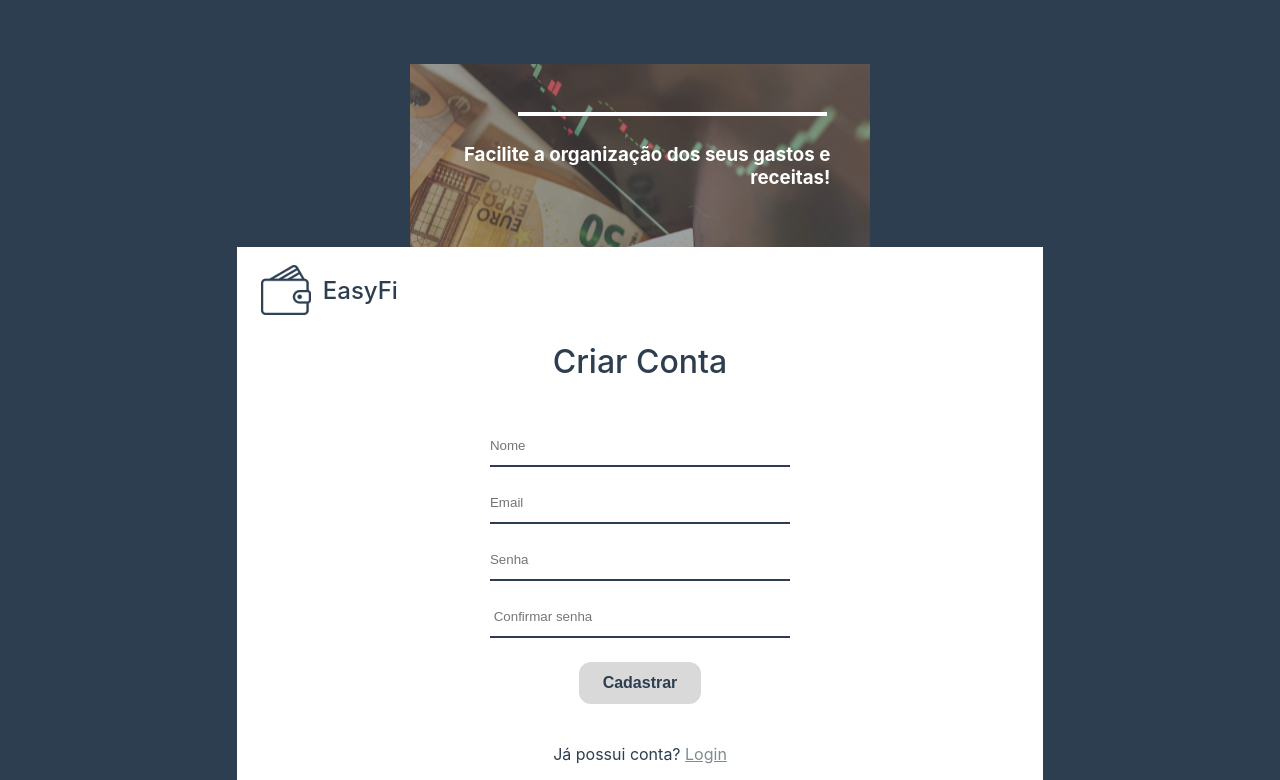
Repository: Ingridiag/projeto-engenharia
Page: cadastro.html
The author's editor kept a copy of each file at every save. The page is drawn from the files as they stood at one save, then again after a run of saves.
The browser window is 1280 px wide. The pictures show the whole page.

Above is the page before, as saved 2024-10-28 18:01:42.

### cadastro.html
<!DOCTYPE html>
<html lang="pt">
<head>
    <meta charset="UTF-8">
    <meta name="viewport" content="width=device-width, initial-scale=1.0">
    <link rel="stylesheet" href="style.css">
    <title>Document</title>
</head>
<body>
    <div class="container">
        <div class="cadastro">
            <!-- Tela Cadastro -->
            <div class="decor">
                <div class="mensagem">
                    <hr>
                    <h3>
                        Facilite a organização dos seus gastos e receitas!
                    </h3>
                </div>

            </div>

            <div class="primeira-coluna">
                <div class="logo">
                    <img src="imagens/logo-azul 1.svg" alt="logo">
                    <h1>EasyFi</h1>
                </div>
                <div class="formulario">
                    <h1 class="title">Criar Conta</h1>
                    <form >
                        <input type="text" placeholder="Nome">
                        <input type="email" placeholder="Email">
                        <input type="password" placeholder="Senha">
                        <input type="password" placeholder=" Confirmar senha">
                    </form>

                    <div class="btn-default">
                        <button>
                            Cadastrar
                        </button>
                    </div>
                    <div class="uses">
                        <p>Já possui conta?
                            <span>
                                <a href="#" class="link">Login</a>
                            </span>
                        </p>
                    </div>
                </div>
            </div>
        </div>
    </div>
</body>
</html>

### style.css
body {
    margin: 0;
    padding: 0;
    box-sizing: border-box;
    background: #2C3E50;
    font-family: "Inter", sans-serif;
}

.container {
    display: flex;
    justify-content: center;
    align-items: center;
    margin: 0 auto;
    padding: 5%;
}

.login, .cadastro {
    width: 100%;
    height: 80vh;

    display: flex;
    align-items: center;
    justify-content: space-between;
}

.primeira-coluna {
    width: 70%;
    height: 100%;
    display: flex;
    flex-direction: column;
    justify-content: center;
    background: #fff;
}

.logo {
    display: flex;
    gap: 12px;
    align-items: center;
    padding: 12px 24px 0;
    color: #2C3E50;

    h1 {
        font-size: 24px;
        font-weight: 500;
    }

    img {
        width: 50px;

    }

}

.formulario {
    display: flex;
    flex-direction: column;
    align-items: center;
    gap: 24px;
    color: #2C3E50;

    h1 {
        font-weight: 500;
    }
}

.formulario form {
    display: flex;
    flex-direction: column;
    gap: 16px;
}

.formulario form input {
    width: 300px;
    padding: 12px 0px;
    background: none;
    border: none;
    border-bottom: 2px solid #2C3E50;
    outline: none;
    color: #2C3E50;

}

.formulario a {
    color: #7F8C8D;
}

.btn-default button {
    background: #D9D9D9;
    border: none;
    border-radius: 12px;
    padding: 12px 24px;
    font-size: 16px;
    transition: 0.2s ease;
    cursor: pointer;
    color: #2C3E50;
    font-weight: 600;
}

.btn-default button:hover {
    background: #F4EEEE;
    color: #577695;
    transform: scale(1.1);
}

.decor {
    width: 40%;
    height: 80vh;
    background: linear-gradient(rgba(94, 94, 94, 0.5), rgba(94, 94, 94, 0.5)),
        url(imagens/imagem_background.svg);
    background-position: 50% 50%;
    background-size: cover;
    text-align: end;
    align-content: flex-end;
    color: #fff;

    .mensagem {
        padding: 40px;
        display: flex;
        flex-direction: column;
    }
}

.mensagem hr {
    width: 80%;
    border: 2px solid;
    margin-right: 1%;
}

.cadastro {
    display: flex;
    flex-direction: column;
    position: relative;
}

After the next 2 saves:
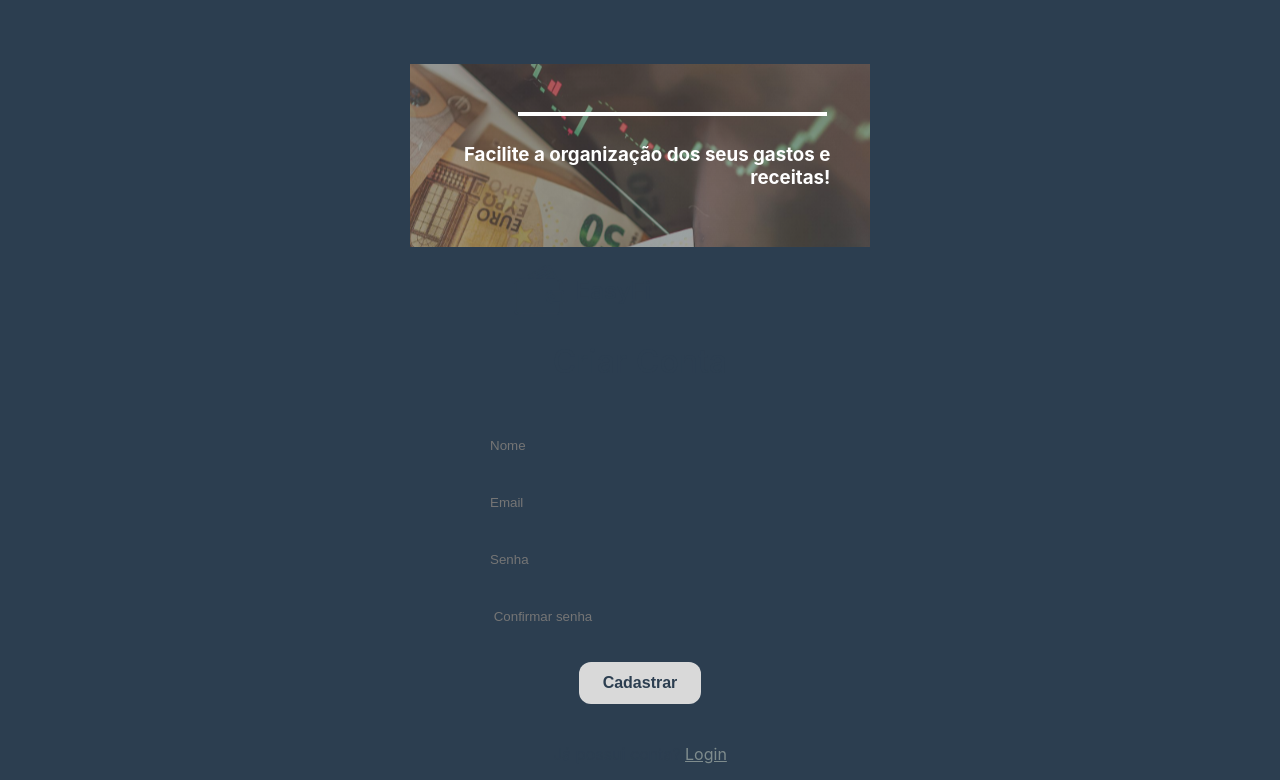
The 2 saves are shown as one change because they came seconds apart.
The last was saved 15 s later.
--- a/style.css
+++ b/style.css
@@ -23,7 +23,7 @@ body {
     justify-content: space-between;
 }
 
-.primeira-coluna {
+.primeira-coluna,  {
     width: 70%;
     height: 100%;
     display: flex;

After the 2 saves that followed:
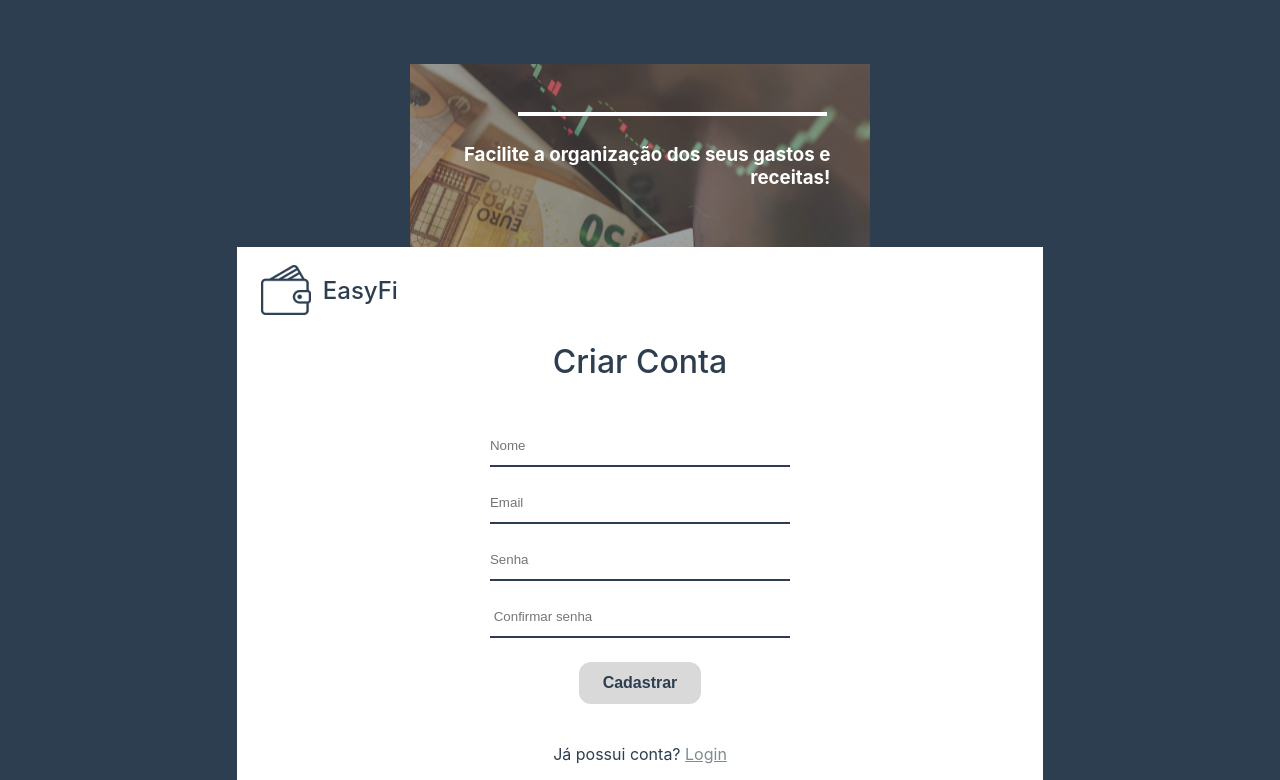
The 2 saves are shown as one change because they came seconds apart.
The last was saved 7 s later.
--- a/style.css
+++ b/style.css
@@ -23,7 +23,7 @@ body {
     justify-content: space-between;
 }
 
-.primeira-coluna,  {
+.primeira-coluna, segunda-coluna {
     width: 70%;
     height: 100%;
     display: flex;
